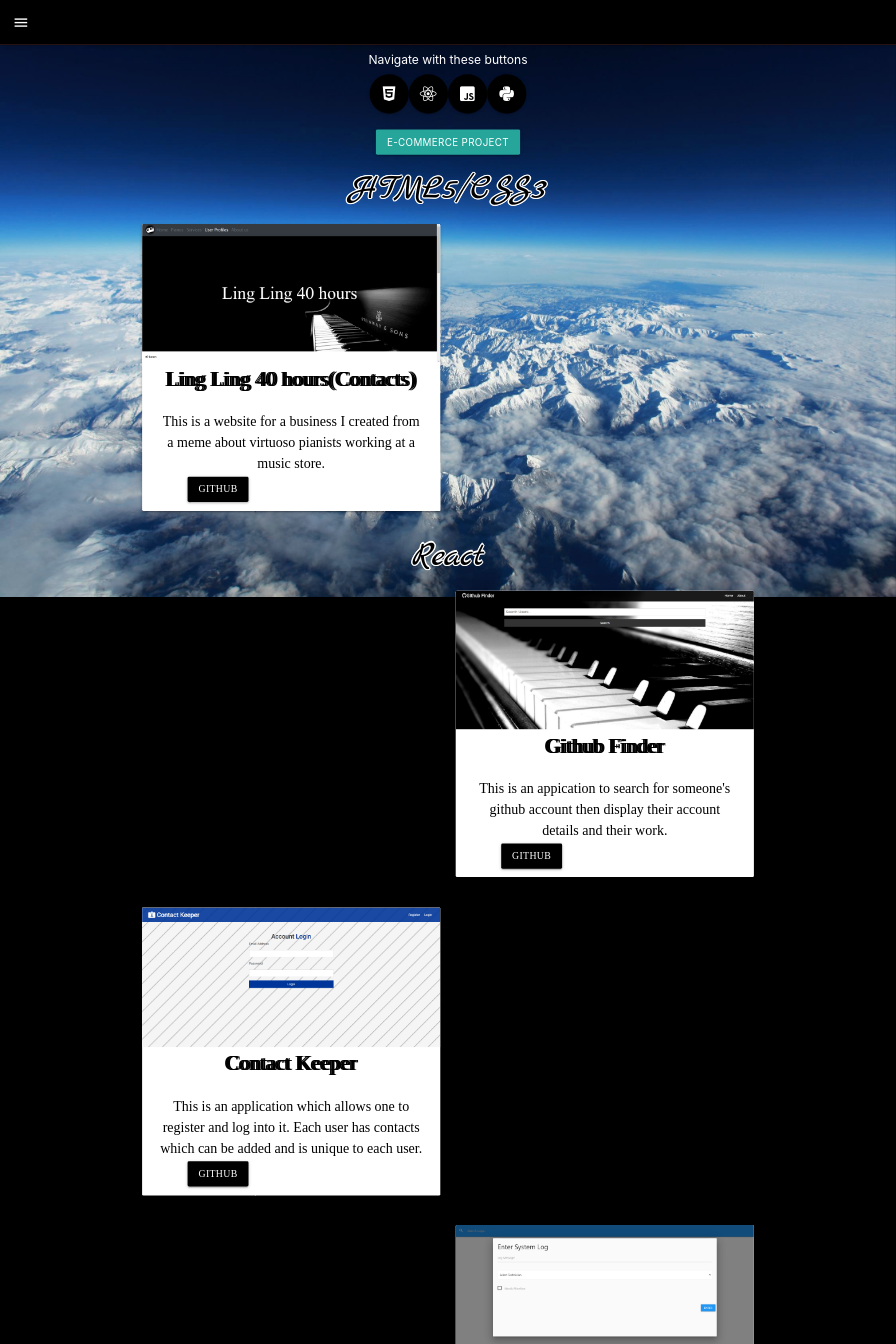
Repository: Ajtheult/portfolio.v3
Page: /mywork
These files come from the project's save history. The page is drawn as it stood at one moment and after the next save; the edit follows.
The browser window is 1280 px wide. The pictures show the part of the page from y = 0 to 1920 px (the page is 3198 px tall before and 3185 px after), at 70% of full size.
Some web fonts or font styles are not loaded; a fallback is used. The project was rebuilt for these pictures with package versions that can differ from the ones it lists, and the page was loaded fresh each time. Also part of the build but not shown: src/components/layout/pages/Home.js, src/components/layout/pages/Skills.js, src/components/layout/pages/Testimonials.js.

Above is the page before, as saved 2020-08-02 17:37:18.

### public/index.html
<!DOCTYPE html>
<html lang="en">
  <head>
    <meta charset="utf-8" />
    <link rel="icon" href="%PUBLIC_URL%/favicon.ico" />
    <meta name="viewport" content="width=device-width, initial-scale=1" />
    <meta name="theme-color" content="#000000" />
    <meta
      name="description"
      content="Web site created using create-react-app"
    />

    <link rel="manifest" href="%PUBLIC_URL%/manifest.json" />
    <link
      href="https://fonts.googleapis.com/css2?family=Marck+Script&display=swap"
      rel="stylesheet"
    />
    <link
      href="https://fonts.googleapis.com/css2?family=Gruppo&display=swap"
      rel="stylesheet"
    />
    <link rel="manifest" href="%PUBLIC_URL%/manifest.json" />

    <link
      rel="stylesheet"
      href="https://fonts.googleapis.com/icon?family=Material+Icons"
    />

    <link
      rel="stylesheet"
      href="https://use.fontawesome.com/releases/v5.7.2/css/all.css"
      integrity="sha384-fnmOCqbTlWIlj8LyTjo7mOUStjsKC4pOpQbqyi7RrhN7udi9RwhKkMHpvLbHG9Sr"
      crossorigin="anonymous"
    />
    <title>Asaph Franks portfolio</title>
  </head>
  <body>
    <noscript>You need to enable JavaScript to run this app.</noscript>
    <div id="root"></div>
  </body>
</html>

### src/index.js
import React from "react";
import ReactDOM from "react-dom";
import App from "./App";
import "materialize-css/dist/css/materialize.min.css";

ReactDOM.render(
  <React.StrictMode>
    <App />
  </React.StrictMode>,
  document.getElementById("root")
);

### src/App.js
import React from "react";

import { Home } from "./components/layout/pages/Home";
import { Skills } from "./components/layout/pages/Skills";
import { MyWork } from "./components/layout/pages/MyWork";
import { Testimonials } from "./components/layout/pages/Testimonials";
import Navbar from "./components/layout/navbar/Navbar";

import { BrowserRouter as Router, Route, Switch } from "react-router-dom";
import "./App.css";

function App() {
  return (
    <Router>
      <div className="App">
        <Navbar />

        <Switch>
          <Route exact path="/portfolio-v3" component={Home} />
          <Route path="/skills" component={Skills} />
          <Route path="/mywork" component={MyWork} />
          <Route path="/testimonials" component={Testimonials} />
        </Switch>
      </div>
    </Router>
  );
}

export default App;

### src/components/layout/pages/MyWork.js
import React from "react";
import "../../../App.css";
import LL from "../resources/LL.png";
import Github from "../resources/Github.png";
import Contact from "../resources/Contact.png";
import Tech from "../resources/Tech.png";
import background3 from "../resources/background3.jpg";
import Whatsapp from "../resources/Whatsapp.png";
export const MyWork = () => {
  return (
    <div className="container">
      <div className="bg-color">
        <img src={background3} className="bg" alt="bg" />
      </div>
      <div className="container ">
        <h6>Navigate with these buttons</h6>
        <a
          href="#html"
          className="btn-floating btn-large waves-effect waves-light black button_margin"
        >
          <i className="fab fa-html5"></i>
        </a>
        <a
          href="#react"
          className="btn-floating btn-large waves-effect waves-light black button_margin"
        >
          <i className="fab fa-react"></i>
        </a>
        <a
          href="#javascript"
          className="btn-floating btn-large waves-effect waves-light black button_margin"
        >
          <i className="fab fa-js-square"></i>
        </a>
        <a
          href="#python"
          className="btn-floating btn-large waves-effect waves-light black button_margin"
        >
          <i className="fab fa-python"></i>
        </a>
      </div>
      <br />
      <a
        class="waves-effect waves-light btn"
        href="https://pure-basin-79312.herokuapp.com/"
        rel="noopener noreferrer"
        target="_blank"
      >
        E-commerce project
      </a>
      <h4 id="html" className="work_title">
        HTML5/CSS3
      </h4>
      <div className="row">
        <div className="col s6">
          <div className="card">
            <div className="card-image">
              <img src={LL} alt="img" />
              <span className=" my_work_title">
                Ling Ling 40 hours(Contacts)
              </span>
            </div>
            <div className="card-content ">
              <p className="black_text my_work_desc">
                This is a website for a business I created from a meme about
                virtuoso pianists working at a music store.
              </p>
            </div>
            <div className="white link-size">
              <a
                href="https://github.com/Ajtheult/Ling-Ling-40-hours.git"
                className="waves-effect waves-light btn black"
                rel="noopener noreferrer"
                target="_blank"
              >
                Github
              </a>
            </div>
          </div>
        </div>
      </div>
      <h4 id="react" className="work_title">
        React
      </h4>
      <div className="row">
        <div className="col s6 right">
          <div className="card">
            <div className="card-image">
              <img src={Github} alt="img" />
              <span className=" my_work_title">Github Finder</span>
            </div>
            <div className="card-content">
              <p className="black_text my_work_desc">
                This is an appication to search for someone's github account
                then display their account details and their work.
              </p>
            </div>
            <div className="link-size">
              <a
                href="https://github.com/Ajtheult/Github-Finder.git"
                className="waves-effect waves-light btn black"
                rel="noopener noreferrer"
                target="_blank"
              >
                Github
              </a>
            </div>
          </div>
        </div>
      </div>
      <div className="row">
        <div className="col s6">
          <div className="card">
            <div className="card-image">
              <img src={Contact} alt=" img" />
              <span className=" my_work_title">Contact Keeper</span>
            </div>
            <div className="card-content">
              <p className="black_text my_work_desc">
                This is an application which allows one to register and log into
                it. Each user has contacts which can be added and is unique to
                each user.
              </p>
            </div>
            <div className="link-size">
              <a
                href="https://github.com/Ajtheult/Contact-Keeper.git"
                className="waves-effect waves-light btn black"
                rel="noopener noreferrer"
                target="_blank"
              >
                Github
              </a>
            </div>
          </div>
        </div>
      </div>
      <div className="row">
        <div className="col s6 right">
          <div className="card">
            <div className="card-image">
              <img src={Tech} alt="img" />
              <span className=" my_work_title">IT Logger</span>
            </div>
            <div className="card-content">
              <p className="black_text my_work_desc">
                This is an application to manage problems around an IT
                department. It assign new workers which can then be chosen to do
                work as well.
              </p>
            </div>
            <div className="link-size">
              <a
                href="https://github.com/Ajtheult/IT-Logger.git"
                className="waves-effect waves-light btn black"
                rel="noopener noreferrer"
                target="_blank"
              >
                Github
              </a>
            </div>
          </div>
        </div>
      </div>
      <div className="row">
        <div className="col s6 left">
          <div className="card">
            <div className="card-image">
              <img src={Whatsapp} alt="img" />
              <span className=" my_work_title">Whatsapp recreation</span>
            </div>
            <div className="card-content">
              <p className="black_text my_work_desc">
                I am attempting to recreate Whatsapp with the knowledge I have
                acquired thus far at Life Choices Coding Academy. It is built
                for mobile. <br /> <b>Still in progress</b>
              </p>
            </div>
            <div className="link-size">
              <a
                href="https://github.com/Ajtheult/Whatsapp_recreation.git"
                className="waves-effect waves-light btn black"
                rel="noopener noreferrer"
                target="_blank"
              >
                Github
              </a>
            </div>
          </div>
        </div>
      </div>
    </div>
  );
};

### src/components/layout/navbar/Navbar.js
/* eslint-disable no-unused-vars */
import React, { Component } from "react";
import M from "materialize-css/dist/js/materialize.min.js";
import me from "./me.jpg";
import music from "./music.jpg";
import "../../../App.css";
import { Link } from "react-router-dom";

export class Navbar extends Component {
  componentDidMount() {
    document.addEventListener("DOMContentLoaded", function () {
      var elems = document.querySelectorAll(".sidenav");
      var instances = M.Sidenav.init(elems, {});
    });
  }

  render() {
    return (
      <div>
        <nav>
          <div className="nav-wrapper colour">
            <a
              href="#home"
              data-target="slide-out"
              className="sidenav-trigger show-on-large"
            >
              <i className="material-icons">menu</i>
            </a>
          </div>
        </nav>

        <ul id="slide-out" className="sidenav">
          <li>
            <div className="user-view">
              <div className="background">
                <img className="background_img" src={music} alt="img" />
              </div>

              <img className="circle" src={me} alt="img of me" />

              <span className="black-text name move_me">Asaph Franks</span>

              <span className="black-text email  move_me">
                Asaphfranksboi@gmail.com
              </span>
            </div>
            {/* Change font so that the name can be better read */}
          </li>
          <Link to="/portfolio-v3">
            <br />
            <li className="colour_of_nav">Home</li>
          </Link>{" "}
          <br />
          <Link to="/skills">
            <li className="colour_of_nav">Skills</li>
          </Link>
          <br />
          <Link to="/mywork">
            <li className="colour_of_nav">Work</li>
          </Link>
          <br />
          <Link to="/testimonials">
            <li className="colour_of_nav">Testimonials</li>
          </Link>
        </ul>
      </div>
    );
  }
}

export default Navbar;

### src/App.css
.App {
  text-align: center;
}

body {
  background-color: black;
  color: white;
}
.background_img {
  width: 100%;
  height: 100%;
}

.move_me {
  text-align: left;
}

.colour {
  background-color: black;
}

img.bg {
  min-height: 100%;
  min-width: 1024px;
  width: 100%;
  height: auto;
  position: fixed;
  top: 0;
  left: 0;
  z-index: -1;
}

div.admin-bg {
  position: fixed;
  top: 0;
  left: 0;
  z-index: -1;
  background-color: black;
}

@media screen and (max-width: 1024px) {
  img.bg {
    left: 50%;
    margin-left: -512px;
  }
}

.intro_name_top {
  font-family: "Marck Script", cursive;
  font-size: 130px;
  color: black;
  text-shadow: 2px 0 0 #fff, -2px 0 0 #fff, 0 2px 0 #fff, 0 -2px 0 #fff,
    1px 1px #fff, -1px -1px 0 #fff, 1px -1px 0 #fff, -1px 1px 0 #fff;
}
.testimonial_title {
  font-family: "Marck Script", cursive;
  color: black;
  font-size: 80px;
  text-shadow: 2px 0 0 #fff, -2px 0 0 #fff, 0 2px 0 #fff, 0 -2px 0 #fff,
    1px 1px #fff, -1px -1px 0 #fff, 1px -1px 0 #fff, -1px 1px 0 #fff;
}

.intro_name_bottom {
  font-size: 60px;
  color: #000000;
  font-weight: bold;
  text-shadow: 2px 0 0 #fff, -2px 0 0 #fff, 0 2px 0 #fff, 0 -2px 0 #fff,
    1px 1px #fff, -1px -1px 0 #fff, 1px -1px 0 #fff, -1px 1px 0 #fff;
  font-family: "Gruppo", cursive;
}

.logos {
  text-align: left;
  font-size: 30px;
}

.contact-title {
  margin-top: -5px;
  font-family: "Marck Script", cursive;
  font-size: 90px;
  color: black;
  text-shadow: 2px 0 0 #fff, -2px 0 0 #fff, 0 2px 0 #fff, 0 -2px 0 #fff,
    1px 1px #fff, -1px -1px 0 #fff, 1px -1px 0 #fff, -1px 1px 0 #fff;
}

.about-title {
  margin-top: 1px;
  font-family: "Marck Script", cursive;
  font-size: 80px;
  color: black;
  text-shadow: 2px 0 0 #fff, -2px 0 0 #fff, 0 2px 0 #fff, 0 -2px 0 #fff,
    1px 1px #fff, -1px -1px 0 #fff, 1px -1px 0 #fff, -1px 1px 0 #fff;
}

.student_bio {
  margin-top: 2%;
  font-size: 23px;
}

.big_frontend {
  font-size: 40px;
  font-family: "Gruppo", cursive;
}

.move_the_name {
  margin-top: -12px;
  font-size: 20px;
  font-weight: bold;
}

.enlarge_paragraph {
  font-size: 22px;
  font-family: "Times New Roman", Times, serif;
}

.my_info {
  font-size: 30px;
  text-align: left;
  font-family: "Gruppo", cursive;
}

.my_info_2 {
  font-size: 20px;
  text-align: left;
  line-height: 8px;
  font-family: "Times New Roman", Times, serif;
}

.my_info_3 {
  font-size: 25px;
  text-align: left;
  line-height: 8px;
  font-family: "Times New Roman", Times, serif;
}

.black_text {
  color: black;
}

.passion_heading {
  text-align: center;
  font-family: "Marck Script", cursive;
  font-size: 45px;
}

.passion_content {
  font-family: "Gruppo", cursive;
  font-weight: bold;
  line-height: 25px;
}

.margin_on_top {
  margin-top: 1px;
  font-size: 20px;
  font-family: "Marck Script", cursive;
  font-weight: bold;
}

.my_work_desc {
  font-size: 20px;
  font-family: "Times New Roman", Times, serif;
}

.my_work_title {
  font-family: "Gruppo", cursive;
  color: black;
  font-size: 30px;
  text-shadow: 2px 0 0 rgb(0, 0, 0), -2px 0 0 rgb(0, 0, 0), 0 2px 0 #fff,
    0 -2px 0 #fff, 1px 1px #fff, -1px -1px 0 #fff, 1px -1px 0 #fff,
    -1px 1px 0 #fff;
}

.link-size {
  font-size: 40px;
  margin-top: -40px;
  padding: 1%;
  text-align: left;
  margin-left: 60px;
  font-family: "Gruppo", cursive;
  color: blue;
}

.button_margin {
  margin-top: 5px;
}

.work_title {
  font-family: "Marck Script", cursive;
  color: black;
  font-size: 50px;
  text-shadow: 2px 0 0 #fff, -2px 0 0 #fff, 0 2px 0 #fff, 0 -2px 0 #fff,
    1px 1px #fff, -1px -1px 0 #fff, 1px -1px 0 #fff, -1px 1px 0 #fff;
}

.colour_of_nav {
  color: black;
  margin-top: -30px;
}

.style_for_landingpage {
  margin-left: 15.5%;
  margin-top: 6%;
  position: absolute;
  padding: 50px;
  width: 70%;
  transform: "translate(-50%, -50%)";
}

.skills_li {
  position: relative;
  list-style: none;
  margin: 50px 0;
  font-weight: 500;
  text-transform: uppercase;
}

.skills_li:before {
  content: "";
  position: absolute;
  top: calc(100% + 10px);
  left: 0;
  width: 100%;
  height: 15px;
  background-color: rgba(54, 126, 223, 0.5);
  border-radius: 1000px;
}

.skills_li:after {
  content: "";
  position: absolute;
  top: calc(100% + 10px);
  left: 0;
  width: 0;
  height: 15px;
  background-color: rgba(54, 126, 223, 1);
  border-radius: 1000px;
  animation-duration: 0.7s;
  animation-timing-function: ease;
  animation-fill-mode: forwards;
}

.html:after {
  animation-name: html;
}

@keyframes html {
  to {
    width: 81%;
  }
}

.css:after {
  animation-name: css;
}

@keyframes css {
  to {
    width: 64%;
  }
}

.js:after {
  animation-name: js;
}

@keyframes js {
  to {
    width: 40%;
  }
}

.py:after {
  animation-name: py;
}

@keyframes py {
  to {
    width: 35%;
  }
}

.sql:after {
  animation-name: sql;
}

@keyframes sql {
  to {
    width: 32%;
  }
}

.react:after {
  animation-name: react;
}

@keyframes react {
  to {
    width: 63%;
  }
}

.skills_text {
  font-family: "Marck Script", cursive;
  color: black;
  font-size: 30px;
  text-shadow: 1px 0 0 #fff, -2px 0 0 #fff, 0 2px 0 #fff, 0 -2px 0 #fff,
    1px 1px #fff, -1px -1px 0 #fff, 1px -1px 0 #fff, -1px 1px 0 #fff;
  margin-top: -20px;
}

.skills_heading {
  font-family: "Marck Script", cursive;
  color: black;
  font-size: 60px;
  text-shadow: 1px 0 0 #fff, -2px 0 0 #fff, 0 2px 0 #fff, 0 -2px 0 #fff,
    1px 1px #fff, -1px -1px 0 #fff, 1px -1px 0 #fff, -1px 1px 0 #fff;
  margin-top: -50px;
}

.container_properties {
  width: 800px;
  margin: 50px auto 0;
  padding: 20px;
  line-height: 55px;
}

.size_of_email {
  font-size: 30px;
  margin-top: 10px;
}

.move_num_down {
  margin-top: 20px;
}

After the next save:
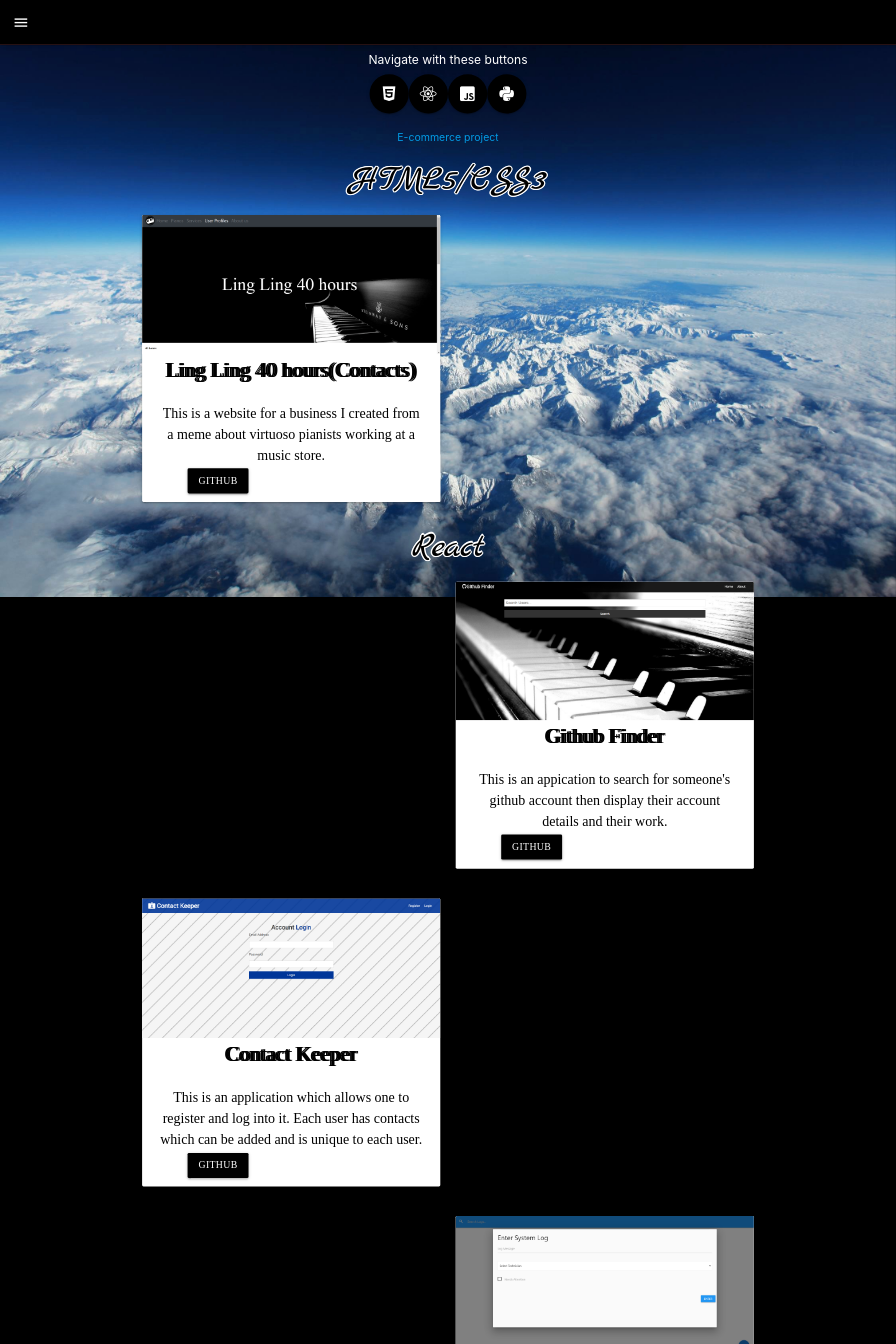
Saved 8 s later.
--- a/src/components/layout/pages/MyWork.js
+++ b/src/components/layout/pages/MyWork.js
@@ -41,7 +41,7 @@
       </div>
       <br />
       <a
-        class="waves-effect waves-light btn"
+        class="waves-effect waves-light"
         href="https://pure-basin-79312.herokuapp.com/"
         rel="noopener noreferrer"
         target="_blank"

After the save that followed:
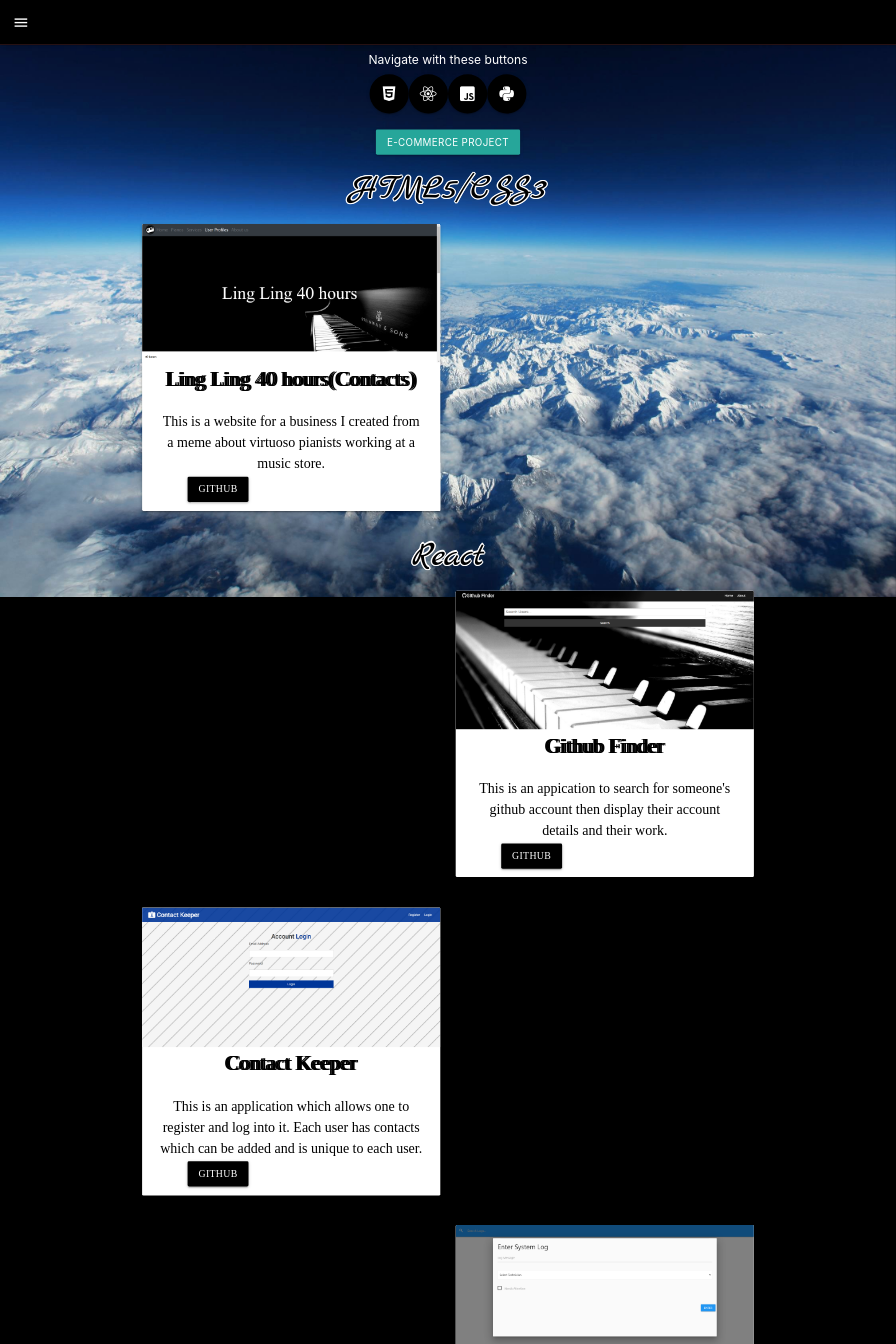
Saved 5 s later.
--- a/src/components/layout/pages/MyWork.js
+++ b/src/components/layout/pages/MyWork.js
@@ -41,7 +41,7 @@
       </div>
       <br />
       <a
-        class="waves-effect waves-light"
+        class="waves-effect waves-light btn"
         href="https://pure-basin-79312.herokuapp.com/"
         rel="noopener noreferrer"
         target="_blank"
